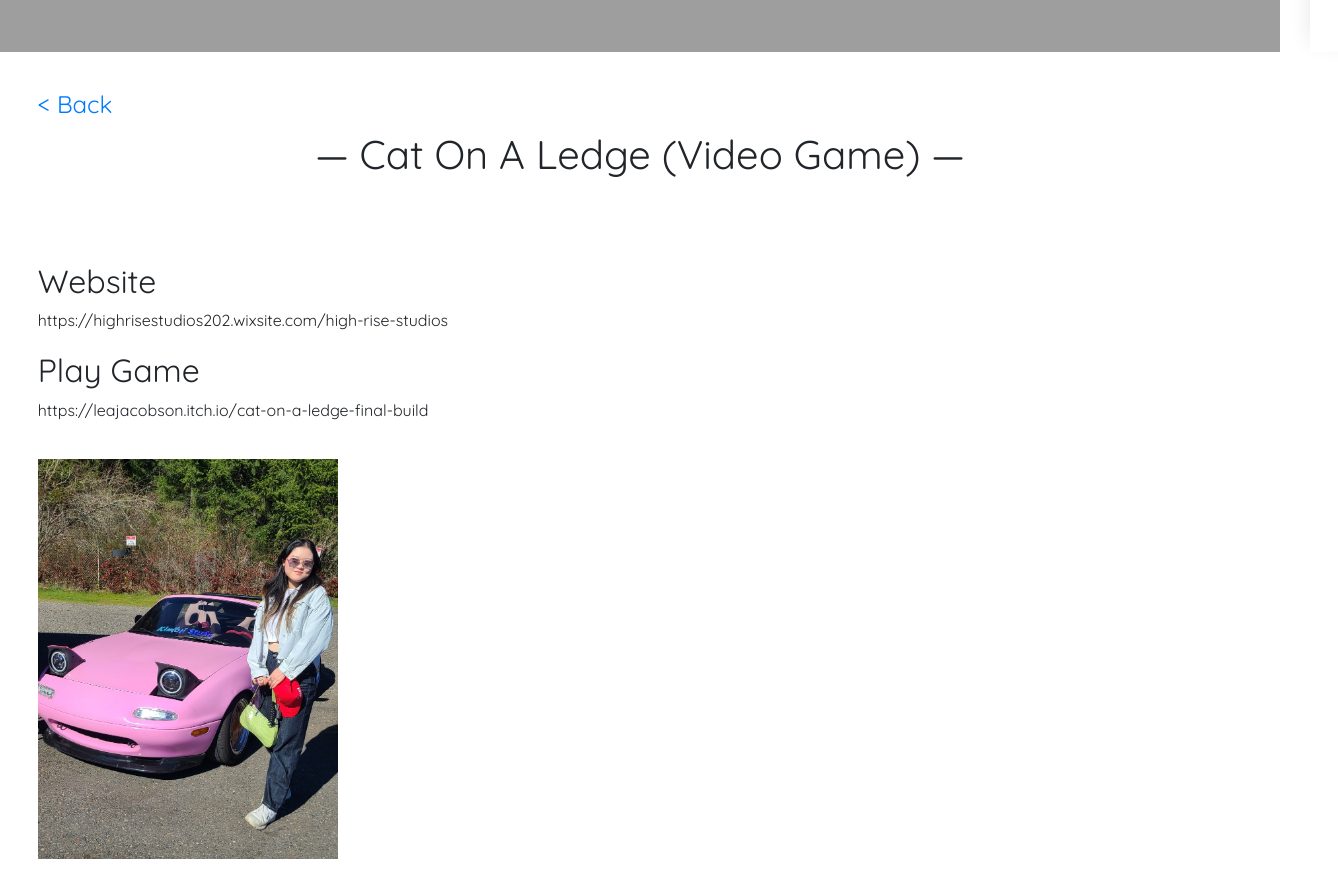
Repository: schon02/seoyun-chon-portfolio
Page: projects_catonaledge_page.html
These files come from the project's save history. The page is drawn as it stood at one moment and after the next save; the edit follows.
The browser window is 1280 px wide. The page is 1338 px wide, so the pictures cover 1338 px, including what lies to the right of the window. The pictures show the part of the page from y = 668 to 1564 px (the page is 1868 px tall before and 1849 px after).
Pictures or frames that could not be fetched are drawn as grey boxes.

Above is the page before, as saved 2025-01-31 17:15:29.

After the next save:
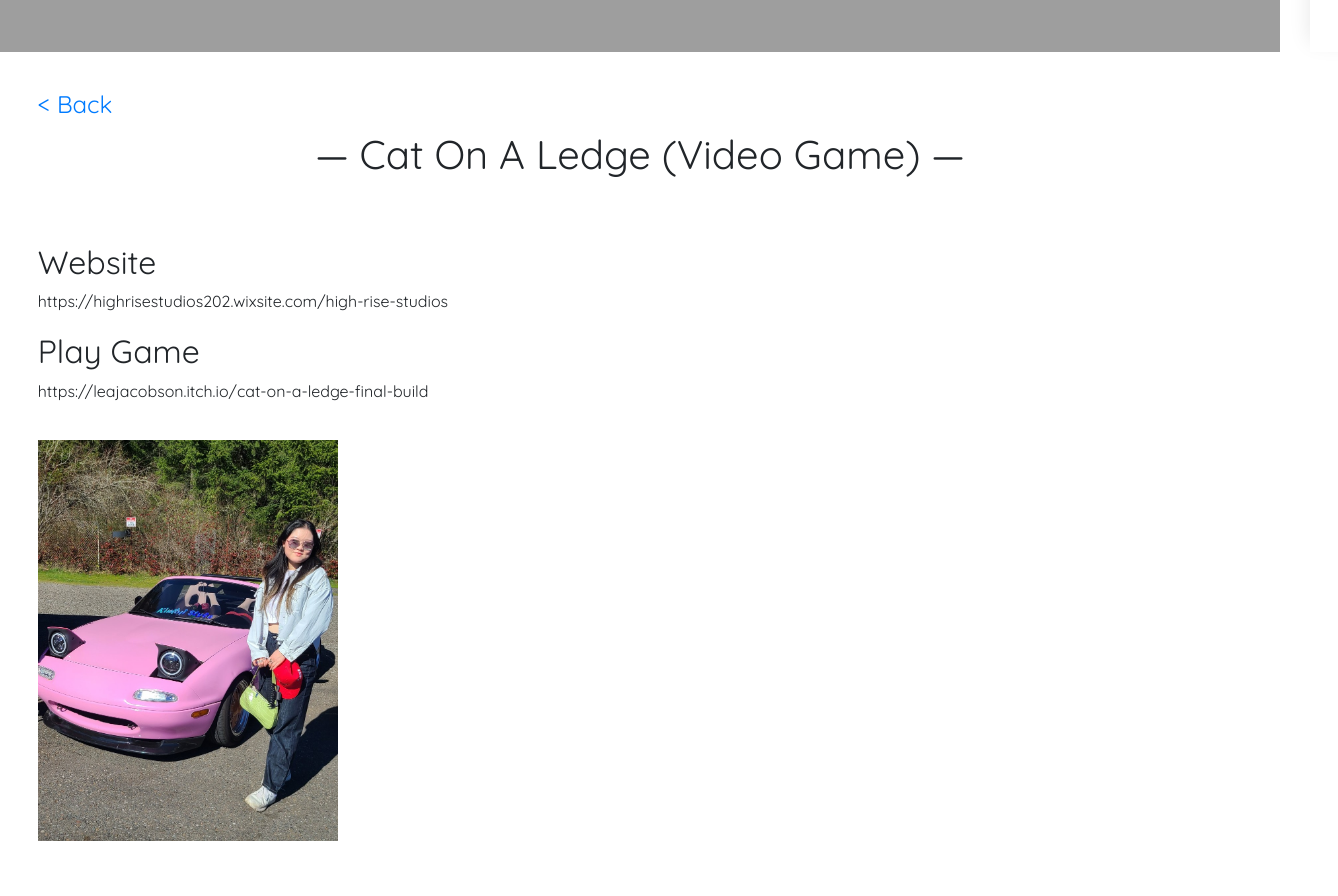
Saved 27 s later.
--- a/projects_catonaledge_page.html
+++ b/projects_catonaledge_page.html
@@ -128,7 +128,7 @@
           <h1>— Cat On A Ledge (Video Game) —</h1>
         </div>
 
-        <div class="text-left" style="padding-top: 1cm; padding-left: 1cm;">
+        <div class="text-left" style="padding-top: 0.5cm; padding-left: 1cm;">
           <h2 style="padding-top: 1cm;">Website</h2>
           <a href="https://highrisestudios202.wixsite.com/high-rise-studios" class="text-reset"> https://highrisestudios202.wixsite.com/high-rise-studios </a>
           <h2 style="padding-top: 0.5cm;">Play Game</h2>
